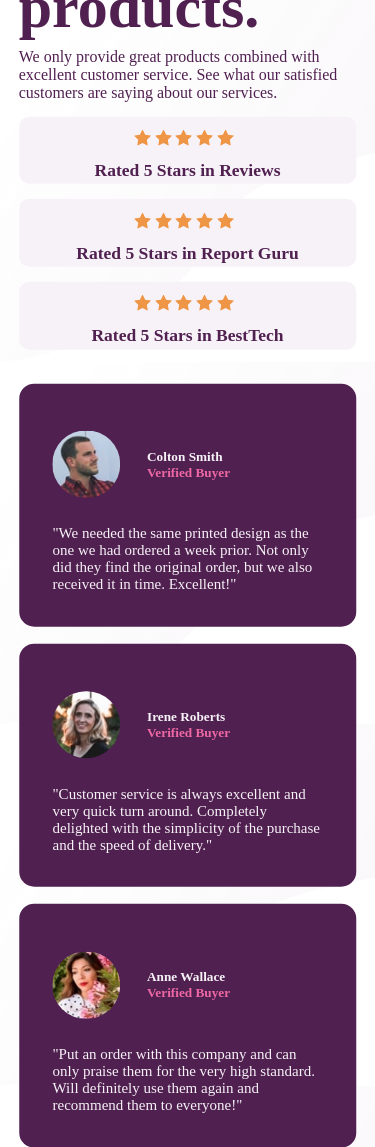
Repository: superZXMzzl/FrontendMentor
Page: social-proof-section-master/index.html
These files come from the project's save history. The page is drawn as it stood at one moment and after the next save; the edit follows.
The browser window is 375 px wide. The pictures show the whole page.

Above is the page before, as saved 2022-05-10 11:58:02.

After the next save:
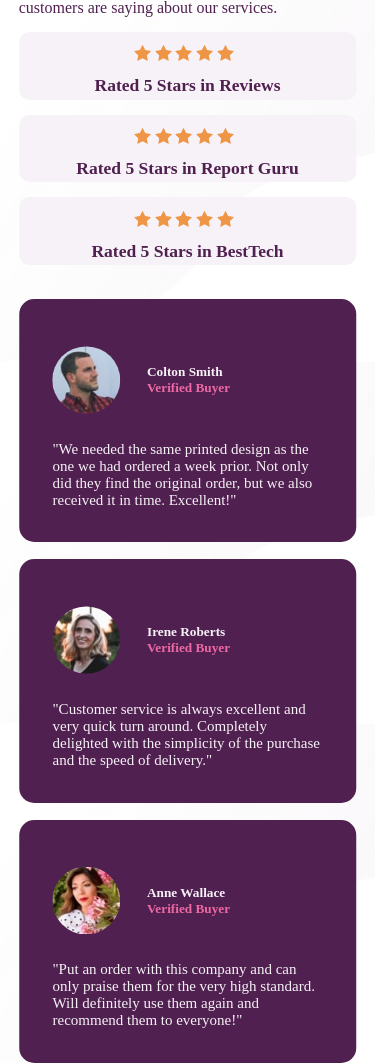
Saved 16 s later.
--- a/social-proof-section-master/style.css
+++ b/social-proof-section-master/style.css
@@ -117,7 +117,7 @@ body {
     .top {
         display: block;
         align-items: center;
-        padding-top: 50%;
+
     }
 
     .right {
